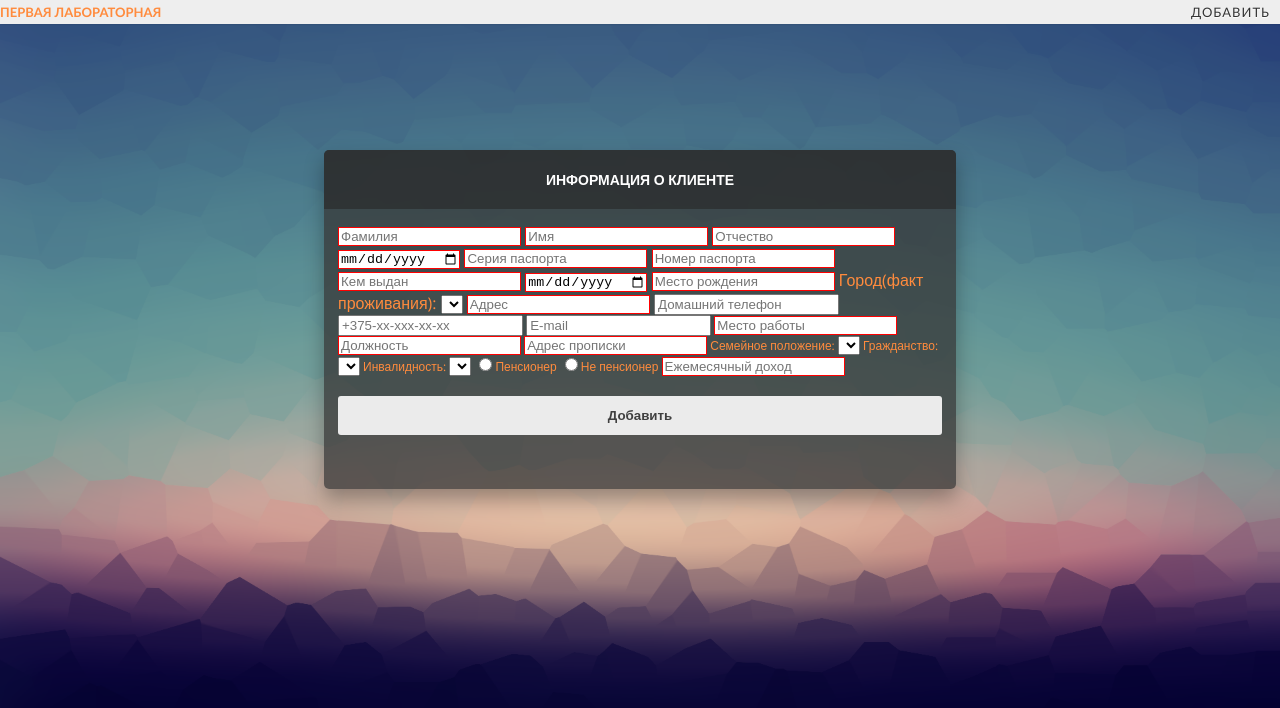
Repository: KosiloVeronika/workspace
Page: http://localhost/adbLab1/jsp/add_edit.jsp
The author's editor kept a copy of each file at every save. The page is drawn from the files as they stood at one save, then again after the next save.
The browser window is 1280 px wide. The pictures show the whole page.
Some web libraries are served in a nearby version. The page is served by Tomcat 9. The template is opened directly, without the code that normally fills it, so the values that code supplies are empty.

Above is the page before, as saved 2015-10-12 22:04:07.

After the next save:
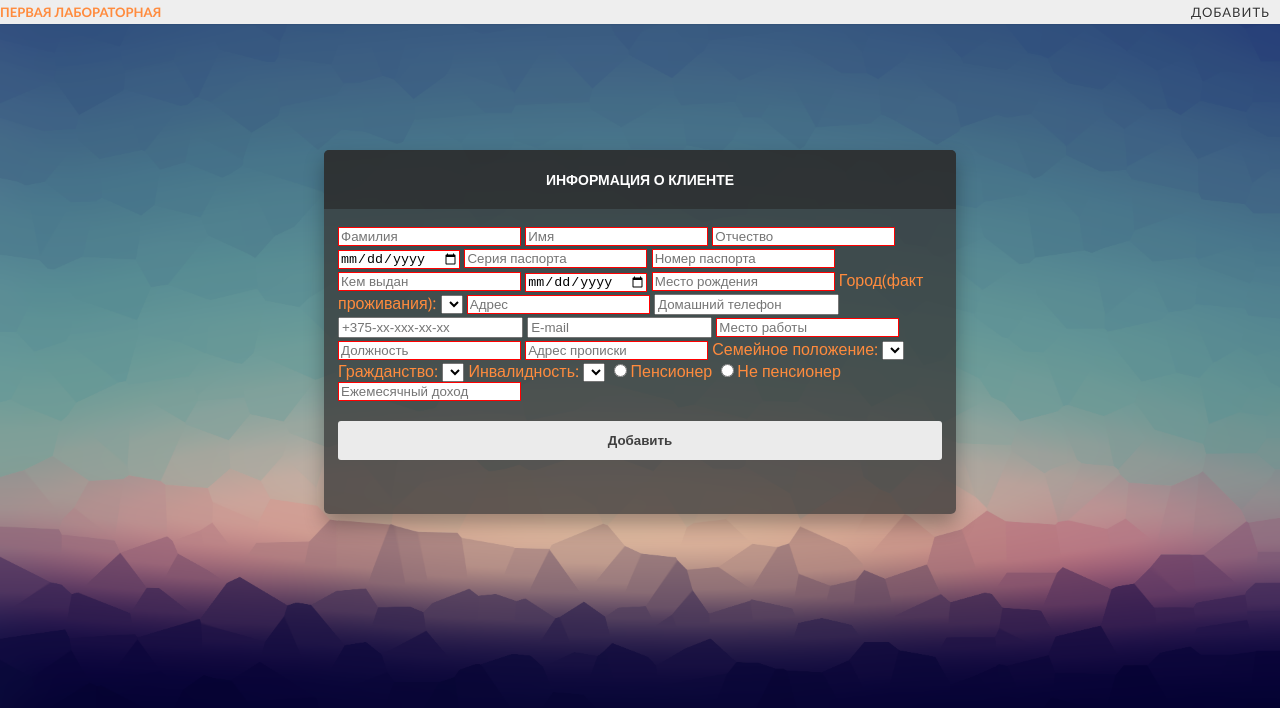
Saved 25 s later.
--- a/adbLab1/WebContent/jsp/add_edit.jsp
+++ b/adbLab1/WebContent/jsp/add_edit.jsp
@@ -35,7 +35,7 @@
 	                </select>
 	                <input type="text" required name="address" placeholder="Адрес">
 	                <input type="tel" name="home_telephone" pattern="2[0-9]{2}-[0-9]{2}-[0-9]{2}" placeholder="Домашний телефон">
-	                <span class="right"><input type="tel" name="mobile_telephone" pattern="+375-[0-9]{2}-[0-9]{3}-[0-9]{2}-[0-9]{2}" placeholder="+375-xx-xxx-xx-xx">
+	                <input type="tel" name="mobile_telephone" pattern="+375-[0-9]{2}-[0-9]{3}-[0-9]{2}-[0-9]{2}" placeholder="+375-xx-xxx-xx-xx">
 	                <input type="email" name="mail" placeholder="E-mail">
 	                <input type="text" required name="place_of_work" placeholder="Место работы">
 	                <input type="text" required name="w_position" placeholder="Должность">
@@ -61,7 +61,7 @@
 					<input type="radio" name="pensioner" value="YES" />Пенсионер
 	            	<input type="radio" name="pensioner" value="NO" />Не пенсионер
 	                <input type="text" required name="monthly_income" placeholder="Ежемесячный доход">
-	                </span>
+
 	                <input type="submit" value="Добавить">
 	                <br/>
 					${errorLoginPassMessage}
